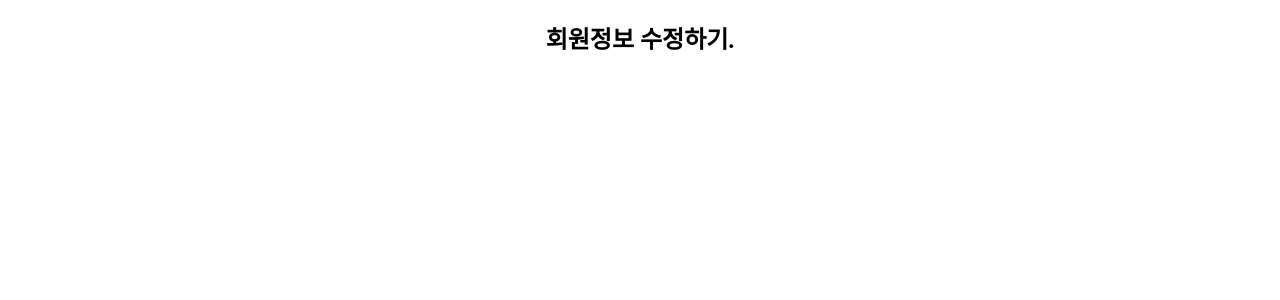
Repository: topblame/Bootcamp
Page: http://localhost/JSP_250408/chapter03/MemberUpdate.jsp
An editor plug-in stored every save of this project. The page is shown before and after the next save, followed by the edit.
The browser window is 1280 px wide. The pictures show the whole page.
The page is served by Tomcat 9. Queries for data that is not in the repository find no rows.

Above is the page before, as saved 2025-06-26 06:56:24.

After the next save:
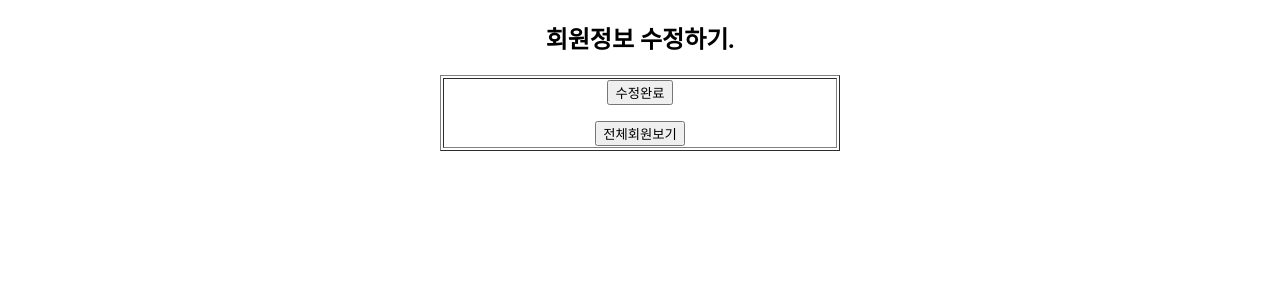
Saved 2 min 55 s later.
--- a/WebMvc/JSP_250408/src/main/webapp/chapter03/MemberUpdate.jsp
+++ b/WebMvc/JSP_250408/src/main/webapp/chapter03/MemberUpdate.jsp
@@ -16,7 +16,18 @@ MemberDTO mbean = mdao.oneSelectMember(id);
 %>
 <center>
 	<h2>회원정보 수정하기.</h2>
-	<form action="MemberUpdateProc.jsp" method =""></form>
+	<form action="MemberUpdateProc.jsp" method ="get">
+		<table width = "400" border = "1">
+			<tr height="40">
+            <td align="center" colspan="2">
+
+               <input type="submit" value="수정완료"/>
+               <p></p>
+               <input type="button" value="전체회원보기" onclick="location.href='MemberList.jsp'"/>
+            </td>
+         </tr>
+		</table>
+	</form>
 </center>
 </body>
 </html>
